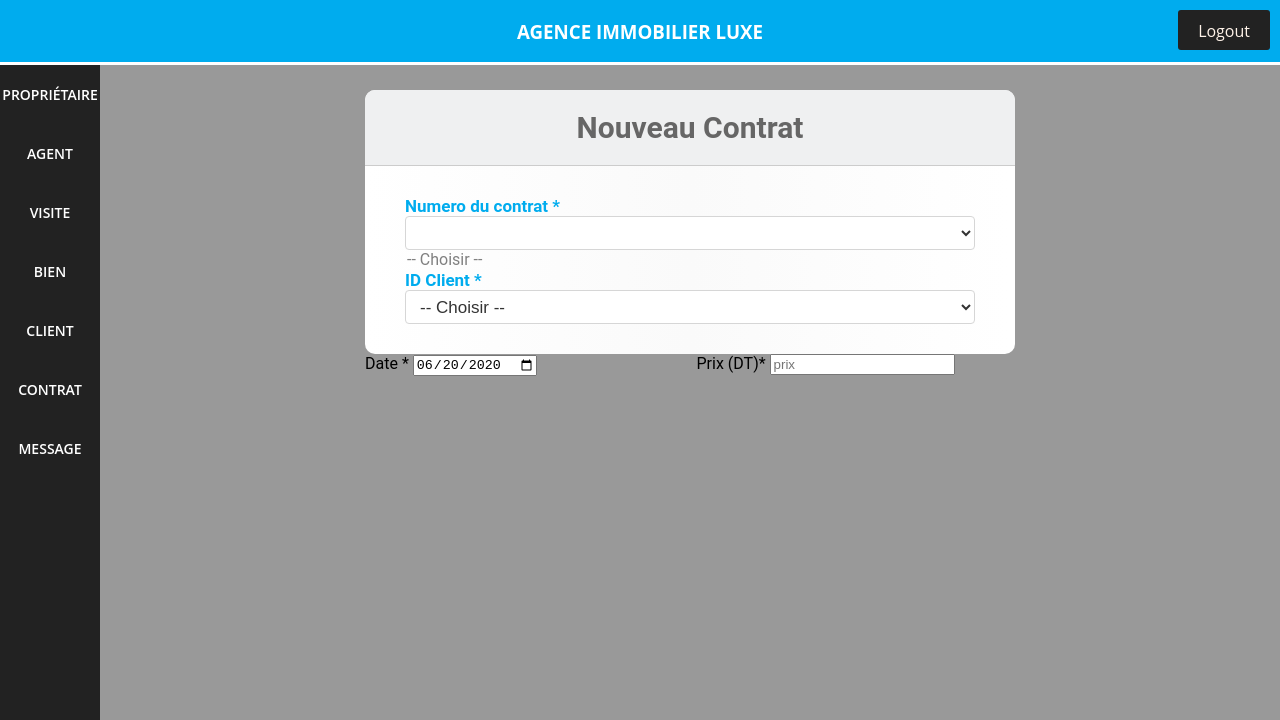
Repository: hassen-mnejja/Real_Estate_Agency_Website
Page: http://localhost/backoffice/WEB-INF/contratajouter.jsp
The author's editor kept a copy of each file at every save. The page is drawn from the files as they stood at one save, then again after the next save.
The browser window is 1280 px wide. The pictures show the whole page.
Some icons come from a web library that is not loaded, so they are not drawn. The page is served by Tomcat 9. Nobody is signed in. The template is opened directly, without the code that normally fills it, so the values that code supplies are empty.

Above is the page before, as saved 2020-06-22 20:00:53.

After the next save:
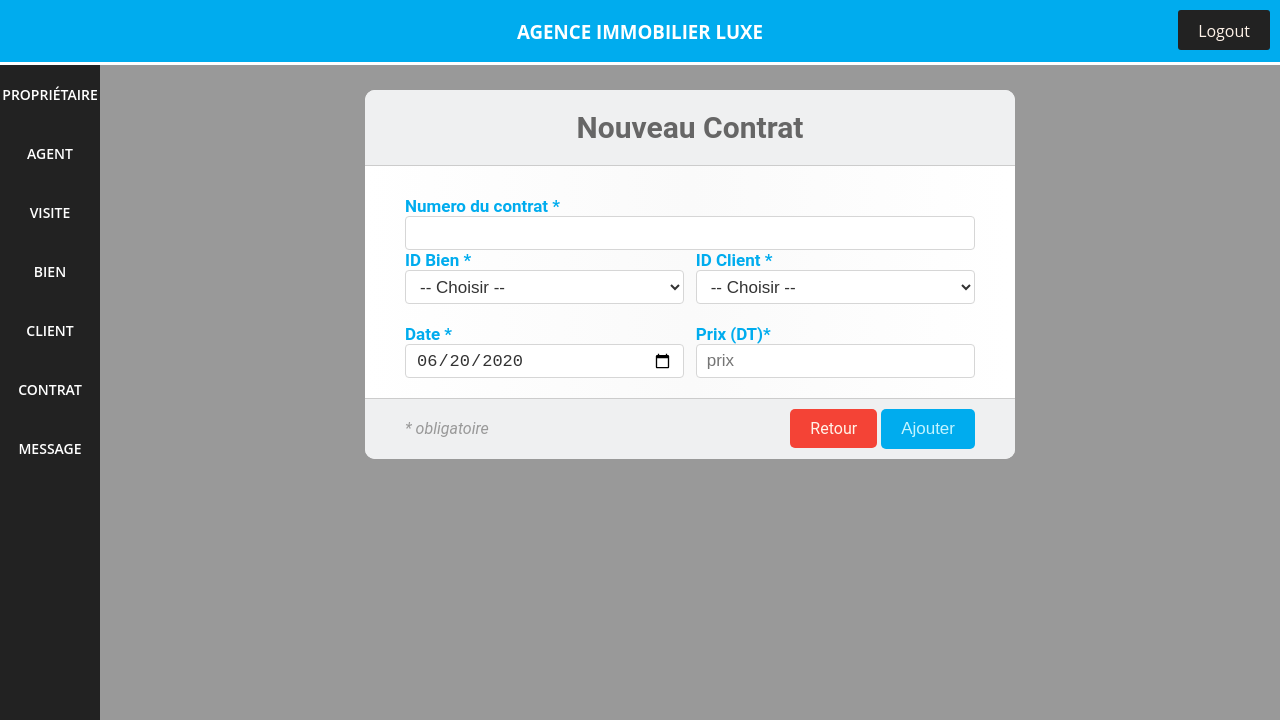
Saved 39 s later.
--- a/backoffice/WebContent/WEB-INF/contratajouter.jsp
+++ b/backoffice/WebContent/WEB-INF/contratajouter.jsp
@@ -41,7 +41,7 @@ a.log {
 			<!-- form body -->
 			<div class="form-body">
 				<div class="horizontal-group">
-					<label for="numcontrat" class="label-title">Numero du contrat *</label> <select id="numcontrat" name="numcontrat" class="form-input" required="required">
+					<label for="numcontrat" class="label-title">Numero du contrat *</label> <input type="number" id="numcontrat" name="numcontrat" class="form-input" required="required"/>
 				</div>
 				<!-- idbien et idclient -->
 				<div class="horizontal-group">
